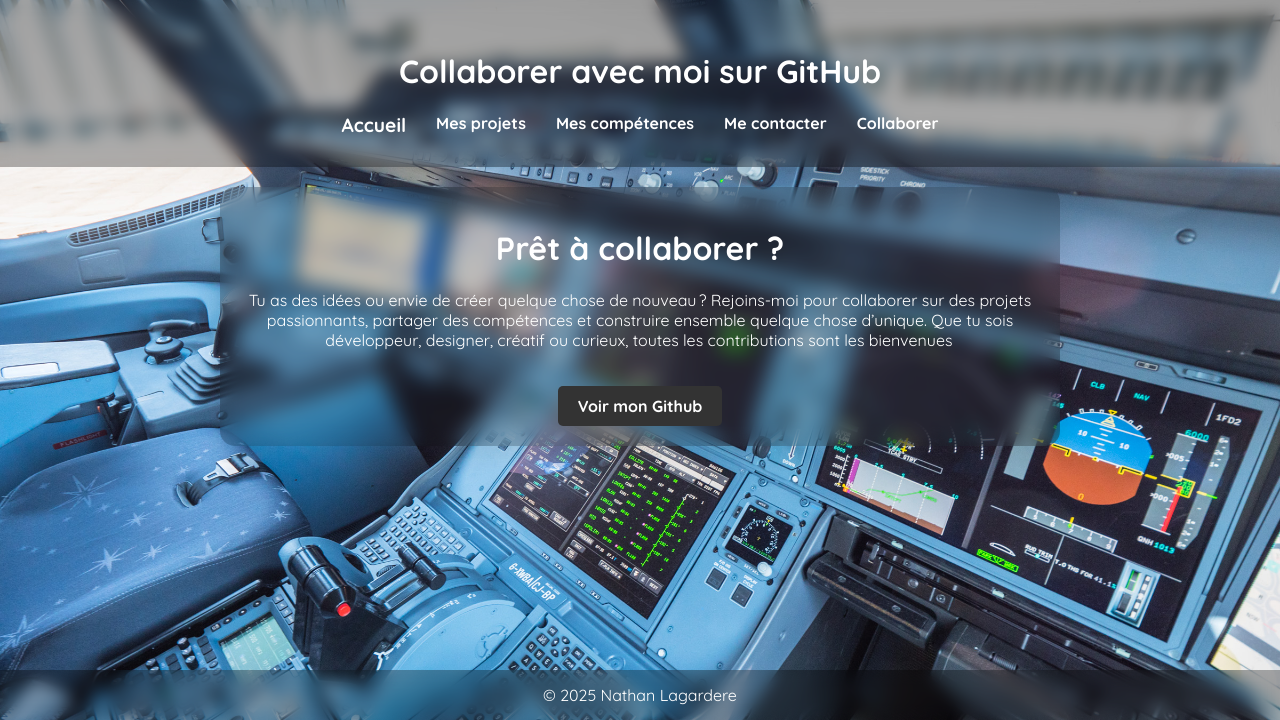
Repository: nlagardere/myportfolio
Page: collaborate.html
These files come from the project's save history. The page is drawn as it stood at one moment and after the next save; the edit follows.
The browser window is 1280 px wide. The pictures show the whole page.

Above is the page before, as saved 2025-09-07 11:56:37.

After the next save:
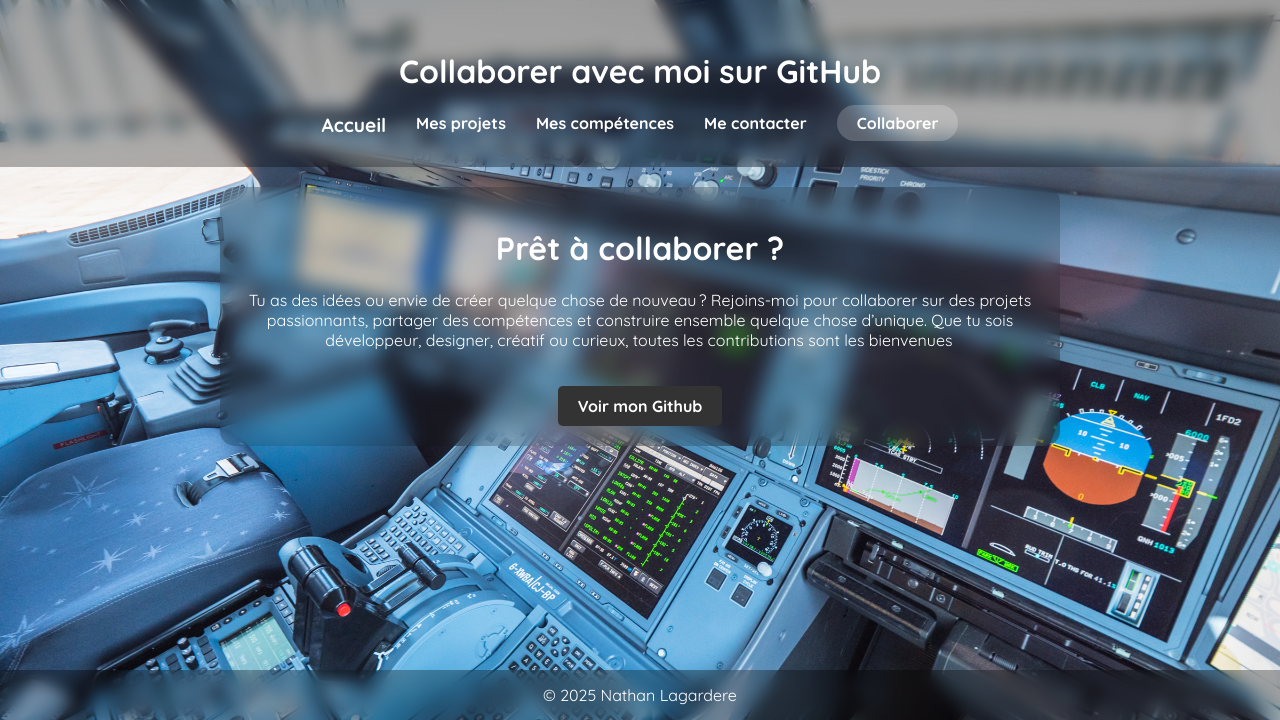
Saved 8 s later.
--- a/collaborate.html
+++ b/collaborate.html
@@ -171,7 +171,7 @@
       color: #FFD93D;
     }
 
-    .accueil-wrapper {
+    .collaborate-wrapper {
       background: rgba(255, 255, 255, 0.2);
       backdrop-filter: blur(10px);
       padding: 8px 20px;
